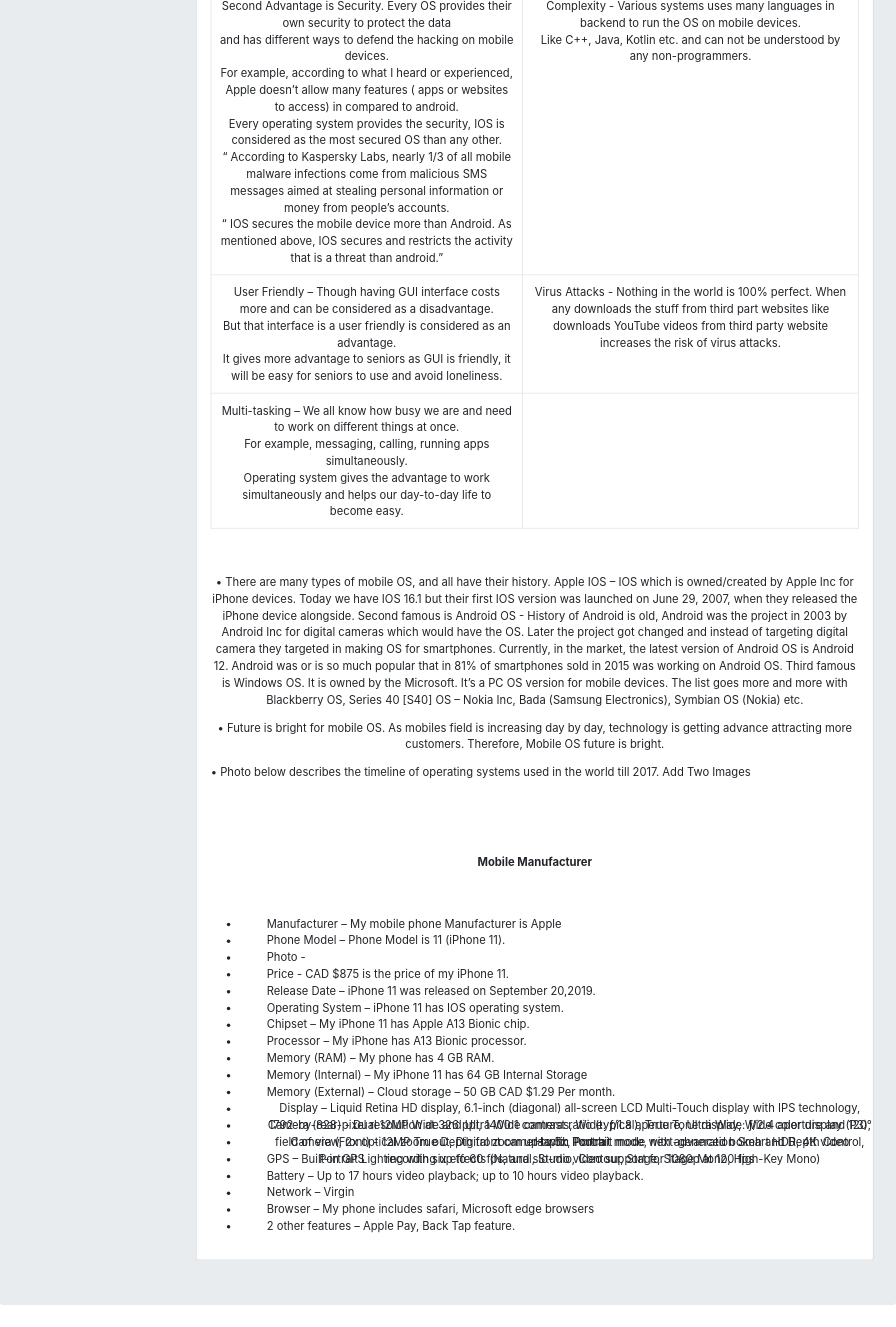
Repository: devanshudave1901/Mobile-Dev-Website
Page: labs.html
These files come from the project's save history. The page is drawn as it stood at one moment and after the next save; the edit follows.
The browser window is 1280 px wide. The pictures show the part of the page from y = 1213 to 3133 px (the page is 3109 px tall before and 3133 px after), at 70% of full size.
Some web libraries are served in a nearby version.

Above is the page before, as saved 2022-10-05 19:16:21.

### labs.html
<!DOCTYPE html>
<html lang="en">
  <head>
    <meta charset="UTF-8" />
    <meta http-equiv="X-UA-Compatible" content="IE=edge" />
    <meta name="viewport" content="width=device-width, initial-scale=1.0" />
    <link
      rel="stylesheet"
      href="https://cdn.jsdelivr.net/npm/bootstrap@4.0.0/dist/css/bootstrap.min.css"
      integrity="sha384-Gn5384xqQ1aoWXA+058RXPxPg6fy4IWvTNh0E263XmFcJlSAwiGgFAW/dAiS6JXm"
      crossorigin="anonymous"
    />
    <link
      href="https://maxcdn.bootstrapcdn.com/font-awesome/4.2.0/css/font-awesome.min.css"
      rel="stylesheet"
    />
    <link rel="stylesheet" href="./css/style.css" />

    <style>
      .navbar-nav {
        margin-left: auto;
        font-size: 23px;
      }
      .welcomeHeading {
        text-shadow: 2px 2px red;
        text-align: center;
      }
      .welcomeText {
        text-align: center;
        font-family: "Sofia", sans-serif;
      }
      .featurette-heading {
        font-weight: 300;
        line-height: 1;
        letter-spacing: -0.05rem;
        margin-top: 20%;
      }
      .profileIamge {
        width: 250px;

        left: 300px;
      }
      .mobileDevProfile {
        margin-top: 10%;
        left: 100px;
      }
      .main {
        display: flex;
        flex-wrap: nowrap;
        height: 100vh;
        height: -webkit-fill-available;
        max-height: 100vh;
        overflow-x: auto;
        overflow-y: hidden;
      }
      .sideBar {
        height: 870px;
      }
      li span{
        position: absolute;
         left: 100px;
      }
    </style>
    <script
      src="https://code.jquery.com/jquery-3.2.1.slim.min.js"
      integrity="sha384-KJ3o2DKtIkvYIK3UENzmM7KCkRr/rE9/Qpg6aAZGJwFDMVNA/GpGFF93hXpG5KkN"
      crossorigin="anonymous"
    ></script>
    <script
      src="https://cdn.jsdelivr.net/npm/popper.js@1.12.9/dist/umd/popper.min.js"
      integrity="sha384-ApNbgh9B+Y1QKtv3Rn7W3mgPxhU9K/ScQsAP7hUibX39j7fakFPskvXusvfa0b4Q"
      crossorigin="anonymous"
    ></script>
    <script
      src="https://cdn.jsdelivr.net/npm/bootstrap@4.0.0/dist/js/bootstrap.min.js"
      integrity="sha384-JZR6Spejh4U02d8jOt6vLEHfe/JQGiRRSQQxSfFWpi1MquVdAyjUar5+76PVCmYl"
      crossorigin="anonymous"
    ></script>
    <title>Mobile Development - Lab 2</title>
  </head>
  <body>
    <div id="navBar">
      <nav class="navbar sticky-top navbar-expand-lg navbar-dark bg-dark">
        <a class="navbar-brand" href="#">Devanshu Dave</a>

        <div class="collapse navbar-collapse" id="navbarNavDropdown">
          <ul class="navbar-nav" mr-auto>
            <li class="nav-item active">
              <a class="nav-link" href="./index.html"
                >Home <span class="sr-only">(current)</span></a
              >
            </li>
            <li class="nav-item">
              <a class="nav-link" href="./course.html">Course</a>
            </li>
          </ul>
        </div>
      </nav>
    </div>
    <div id="sideBar">
        <div
        class="d-flex flex-column flex-shrink-0 p-3 bg-light sideBar"
        style="width: 280px"
      >
        <a
          href="/"
          class="d-flex align-items-center mb-3 mb-md-0 me-md-auto link-dark text-decoration-none"
        >
          <svg class="bi me-2" width="40" height="32">
            <use xlink:href="#bootstrap" />
          </svg>
          <span class="fs-4">Home</span>
        </a>
        <hr />
        <ul class="nav nav-pills flex-column mb-auto">
          <li>
            <a href="index.html" class="nav-link link-dark">
              <svg class="bi me-2" width="16" height="16">
                <use xlink:href="#table" />
              </svg>
              Classwork
            </a>
          </li>
          <li class="nav-item">
            <a href="labs.html" class="nav-link" aria-current="page">
              <svg class="bi me-2" width="16" height="16">
                <use xlink:href="#home" />
              </svg>
              Labs
            </a>
          </li>
          <li>
            <a href="#" class="nav-link link-dark">
              <svg class="bi me-2" width="16" height="16">
                <use xlink:href="#speedometer2" />
              </svg>
              Project
            </a>
          </li>
        </ul>
        <hr />
      </div>
      <br />
      <br />
      <br />
    </div></div>
    <div id="mainBar">
        <div class="jumbotron">
            <h1>Labs Of Mobile Development 4201</h1>

            <div class="card text-center id="nav-tab" role="tablist"">
                <div class="card-header">
                  <ul class="nav nav-tabs card-header-tabs">
                    <li class="nav-item">
                      <a class="nav-item nav-link active" id="nav-home-tab" data-toggle="tab" href="#nav-home" role="tab" aria-controls="nav-home" aria-selected="true" >Lab 1</a>
                    </li>
                    <li class="nav-item">
                      <a  class="nav-item nav-link" id="nav-profile-tab" data-toggle="tab" href="#nav-profile" role="tab" aria-controls="nav-profile" aria-selected="false">Lab 2</a>
                    </li>

                  </ul>
                </div>
                <div class="tab-content" id="nav-tabContent">
                    <div class="card-body tab-pane fade show active" id="nav-home" role="tabpanel" aria-labelledby="nav-home-tab"">
                    <h5 class="card-title">Lab 1</h5>
                    <p class="card-text">
                        Name : Devanshu Dave <br/>
                        Course Code : MODE 4201<br/>
                        Student ID : 100785733<br/>
                        Title : Lab 1 – Individual work<br/>
                        Date – 21/09/2022<br/>

                    </p>
                    <br/>
                    <br/>
                    <p>
                    <b> Mobile Development – Mobile Operating System</b><br/><br/>

                        •	When we go to the shop for purchasing the mobile device, now a days most common question we hear is “Do you prefer android or IOS?”. Now the question arises, what is exactly android and IOS. What’s the point to ask?. Well, to answer this question we have to dig more into the dept. But in short, Android and IOS are the part of types from many in mobile Operating systems. <br/>They are the main part which can change the user experience to use Mobile device. Its also a path between software and hardware part of the mobile device. <br/><br/><br/>
                        •	Mobile Device is used in day-to-day life. From small things to big, mobiles have become the most important part of our life. To run the mobile device OS which is also known as Operating System is required. OS is very important part of the mobile device. Mostly Applications which run on the mobile is with the help of the OS present in the device. They are also known as communicator between software and hardware.<br/><br/>
                        •	 There are various types of OS. But the two famous OS are Android and IOS. Most of the manufacturing companies have their own OS. Android devices (many manufacturing companies) have android OS. For example, Apple mobile phones have their own IOS which helps to run the iPhone devices. Android OS is used in Android devices like Samsung, Oppo, Vivo, MI etc.<br/><br/>
                        •	 There are many advantages of Mobile Operating system. Along with that where there are advantages there are also disadvantages. <br/>

                    </p>
                    <table class="table table-bordered">
                        <thead>
                        <tr>

                            <th scope="col">Advantages</th>
                            <th scope="col">Disadvantages</th>

                        </tr>
                        </thead>
                        <tbody>
                        <tr>

                            <td>Operating System helps us to run the mobile devices.
                                Or with the help of OS, we can use Mobile device in an
                                easy way in day-to-day life</td>
                            <td>Costly. One of the disadvantage is that it is costly.
                                Though OS is an open source, but it costs the companies more.
                                According to the survey, it states that the specific OS is costing providers more to service.</td>
                        </tr>
                        <tr>
                            <td>Second Advantage is Security. Every OS provides their own security to protect the data  <br/>and has different ways to defend the hacking on mobile devices.
                                <br/> For example, according to what I heard or experienced,<br/> Apple doesn’t allow many features ( apps or websites to access) in compared to android.<br/>
                                Every operating system provides the security, IOS is considered as the most secured OS than any other.
                                <br/>   “ According to Kaspersky Labs, nearly 1/3 of all mobile malware infections come from malicious SMS messages aimed at stealing personal information or money from people’s accounts. <br/>“ IOS secures the mobile device more than Android.
                                As mentioned above, IOS secures and restricts the activity that is a threat than android.”</td>
                            <td>  Complexity -  Various systems uses many languages in backend to run the OS on mobile devices.
                                <br/>  Like C++, Java, Kotlin etc. and can not be understood by any non-programmers.</td>
                        </tr>
                        <tr>
                            <td>
                                User Friendly – Though having GUI interface costs more and can be
                                considered as a disadvantage. <br/>But that interface is a user friendly is considered as an advantage.
                                <br/> It gives more advantage to seniors as GUI is friendly, it will be
                                easy for seniors to use and avoid loneliness.
                            </td>
                            <td>
                                Virus Attacks -  Nothing in the world is 100% perfect.
                                When any downloads the stuff from third part websites like downloads YouTube
                                videos from third party website increases the risk of virus attacks.
                            </td>
                        </tr>
                        <tr>
                            <td>
                                Multi-tasking – We all know how busy we are and need to work on different things at once.
                                <br/>For example, messaging, calling, running apps simultaneously.
                                <br/>Operating system gives the advantage to work simultaneously and helps our day-to-day life to become easy.
                            </td>
                        </tr>
                        </tbody>
                    </table>
                    <br>
                    <br>

                    <p>
                        •	There are many types of mobile OS, and all have their history.  Apple IOS – IOS which is owned/created by Apple Inc for iPhone devices.
                        Today we have IOS 16.1 but their first IOS version was launched on June 29, 2007, when they released  the iPhone device alongside.
                        Second famous is Android  OS -  History of Android is old, Android was  the project in 2003 by Android Inc for digital cameras which would have the OS.
                        Later the project   got changed and instead of targeting digital camera they targeted in making OS for smartphones. Currently, in the market, the latest version of Android OS is Android 12.
                        Android was or is so much popular that in 81% of smartphones sold in 2015 was working on Android OS. Third famous is Windows OS. It is owned by the Microsoft. It’s a PC OS version for mobile devices.
                            The list goes more and more with Blackberry OS, Series 40 [S40] OS – Nokia Inc, Bada (Samsung Electronics), Symbian OS (Nokia) etc.
                    </p>
                    <p style="float: left;">
                        •	Future is bright for mobile OS. As mobiles field is increasing day by day,
                        technology is getting advance attracting more customers.
                        Therefore, Mobile OS future is bright.<br/>

                    </p>
                    <p style="float: left;">
                        •	Photo below describes the timeline of operating systems used in the world till 2017. Add Two Images
                    </p>
                    <br/>
                    <br/>
                    <br/>
                    <br/>
                    <br/>
                    <br/>
                    <br/>
                    <br/>


                    <b style="text-align: centre;">Mobile Manufacturer</b>
                    <br/>
                    <br/>
                    <br/>
                    <p >
                        <ul>

                            <li><span>Manufacturer – My mobile phone Manufacturer is Apple</span></li>
                                <li><span> Phone Model – Phone Model is 11 (iPhone 11).</span></li>
                                <li><span> Photo -<br/>  </span></li>
                                <li><span> Price -   CAD $875 is the price of my iPhone 11.</span></li>
                                <li><span> Release Date – iPhone 11 was released on September 20,2019.</span></li>
                                <li> <span>Operating System – iPhone 11 has IOS operating system.</span> </li>
                                <li> <span>Chipset – My iPhone 11 has Apple A13 Bionic chip.</span></li>
                                <li><span>Processor – My iPhone has  A13 Bionic processor.</span> </li>
                                <li><span> Memory (RAM) – My phone has 4 GB RAM.</span> </li>
                                <li><span>Memory (Internal) –  My iPhone 11 has 64 GB Internal Storage</span></li>
                                <li><span>Memory (External) – Cloud storage – 50 GB CAD $1.29 Per month.</span></li>
                                <li><span>Display –  Liquid Retina HD display, 6.1-inch (diagonal) all-screen LCD Multi-Touch display with IPS technology, 1792-by-828-pixel resolution at 326 ppi, 1400:1 contrast ratio (typical), True Tone display, Wide color display (P3), Haptic Touch</span></li>
                                <li><span>Camera (rear)  - Dual 12MP Wide and Ultra Wide cameras, Wide: ƒ/1.8 aperture, Ultra Wide: ƒ/2.4 aperture and 120° field of view, 2x optical zoom out, Digital zoom up to 5x, Portrait mode with advanced bokeh and Depth Control, Portrait Lighting with six effects (Natural, Studio, Contour, Stage, Stage Mono, High-Key Mono)</span></li>
                                <li><span>Camera (Front)  - 12MP True Depth front camera with Portrait mode, next-generation Smart HDR, 4K video recording up to 60 fps, and slo-mo video support for 1080p at 120 fps</span></li>
                                <li><span>GPS – Built-in GPS</span></li>
                                <li><span>Battery – Up to 17 hours video playback; up to 10 hours video playback.</span></li>
                                <li><span>Network – Virgin</span></li>
                                <li><span>Browser – My phone includes safari, Microsoft edge browsers </span></li>
                               <li><span>2 other features – Apple Pay, Back Tap feature.</span></li>


                        </ul>
                    </p>
              </div>
              <div class="tab-pane fade" id="nav-profile" role="tabpanel" aria-labelledby="nav-profile-tab">...</div>
             </div>
        </div>
    </div>
  </body>
</html>

### css/style.css
#sideBar {
  height: 570px;
  margin-top: 5px;
  float: left;
  /* text-align: center; */
}

#mainBar {
  text-align: center;
}

After the next save:
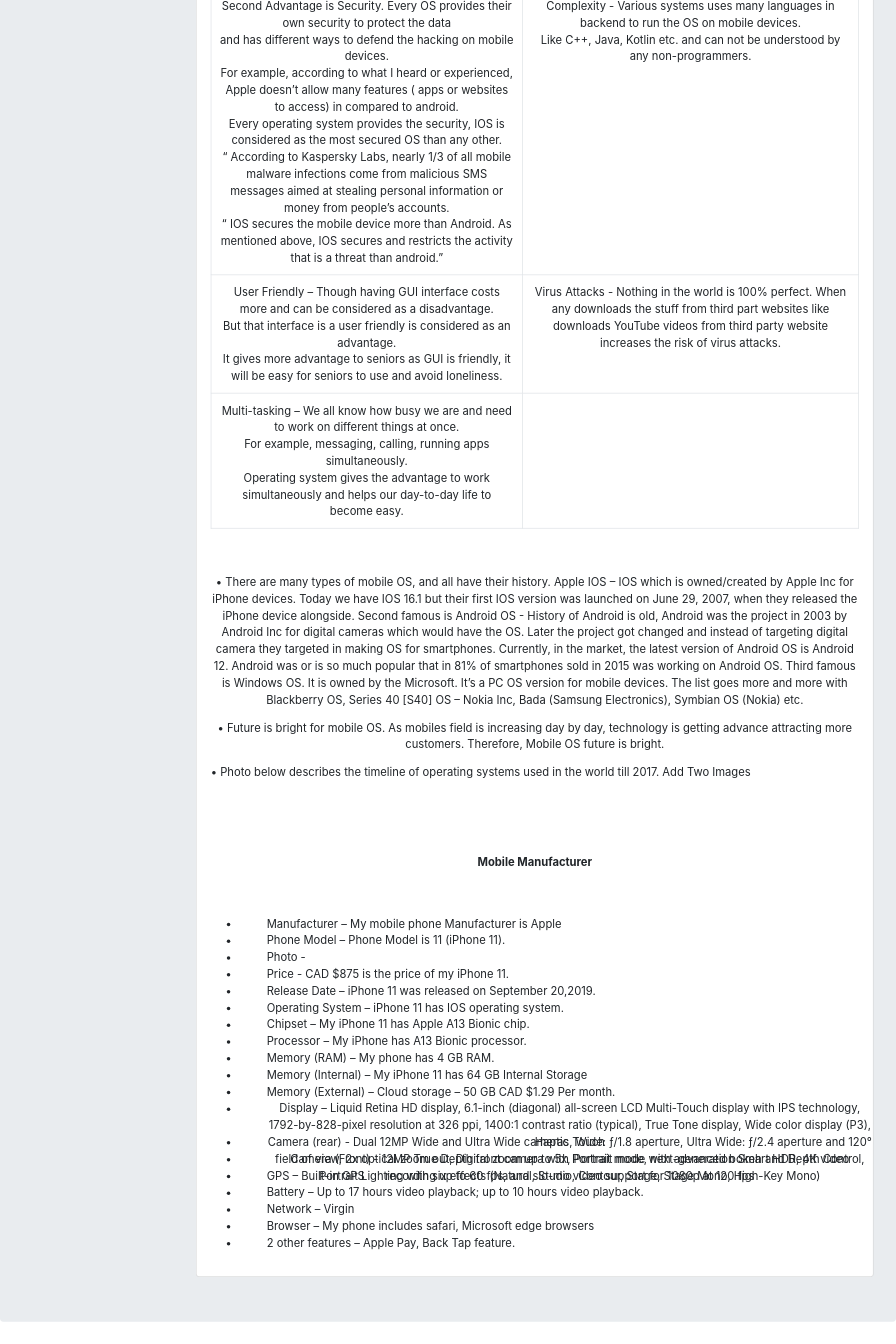
Saved 50 s later.
--- a/labs.html
+++ b/labs.html
@@ -280,7 +280,7 @@
                                 <li><span> Memory (RAM) – My phone has 4 GB RAM.</span> </li>
                                 <li><span>Memory (Internal) –  My iPhone 11 has 64 GB Internal Storage</span></li>
                                 <li><span>Memory (External) – Cloud storage – 50 GB CAD $1.29 Per month.</span></li>
-                                <li><span>Display –  Liquid Retina HD display, 6.1-inch (diagonal) all-screen LCD Multi-Touch display with IPS technology, 1792-by-828-pixel resolution at 326 ppi, 1400:1 contrast ratio (typical), True Tone display, Wide color display (P3), Haptic Touch</span></li>
+                                <li><span>Display –  Liquid Retina HD display, 6.1-inch (diagonal) all-screen LCD Multi-Touch display with IPS technology, 1792-by-828-pixel resolution at 326 ppi, 1400:1 contrast ratio (typical), True Tone display, Wide color display (P3), Haptic Touch</span></li><br/>
                                 <li><span>Camera (rear)  - Dual 12MP Wide and Ultra Wide cameras, Wide: ƒ/1.8 aperture, Ultra Wide: ƒ/2.4 aperture and 120° field of view, 2x optical zoom out, Digital zoom up to 5x, Portrait mode with advanced bokeh and Depth Control, Portrait Lighting with six effects (Natural, Studio, Contour, Stage, Stage Mono, High-Key Mono)</span></li>
                                 <li><span>Camera (Front)  - 12MP True Depth front camera with Portrait mode, next-generation Smart HDR, 4K video recording up to 60 fps, and slo-mo video support for 1080p at 120 fps</span></li>
                                 <li><span>GPS – Built-in GPS</span></li>

After the save that followed:
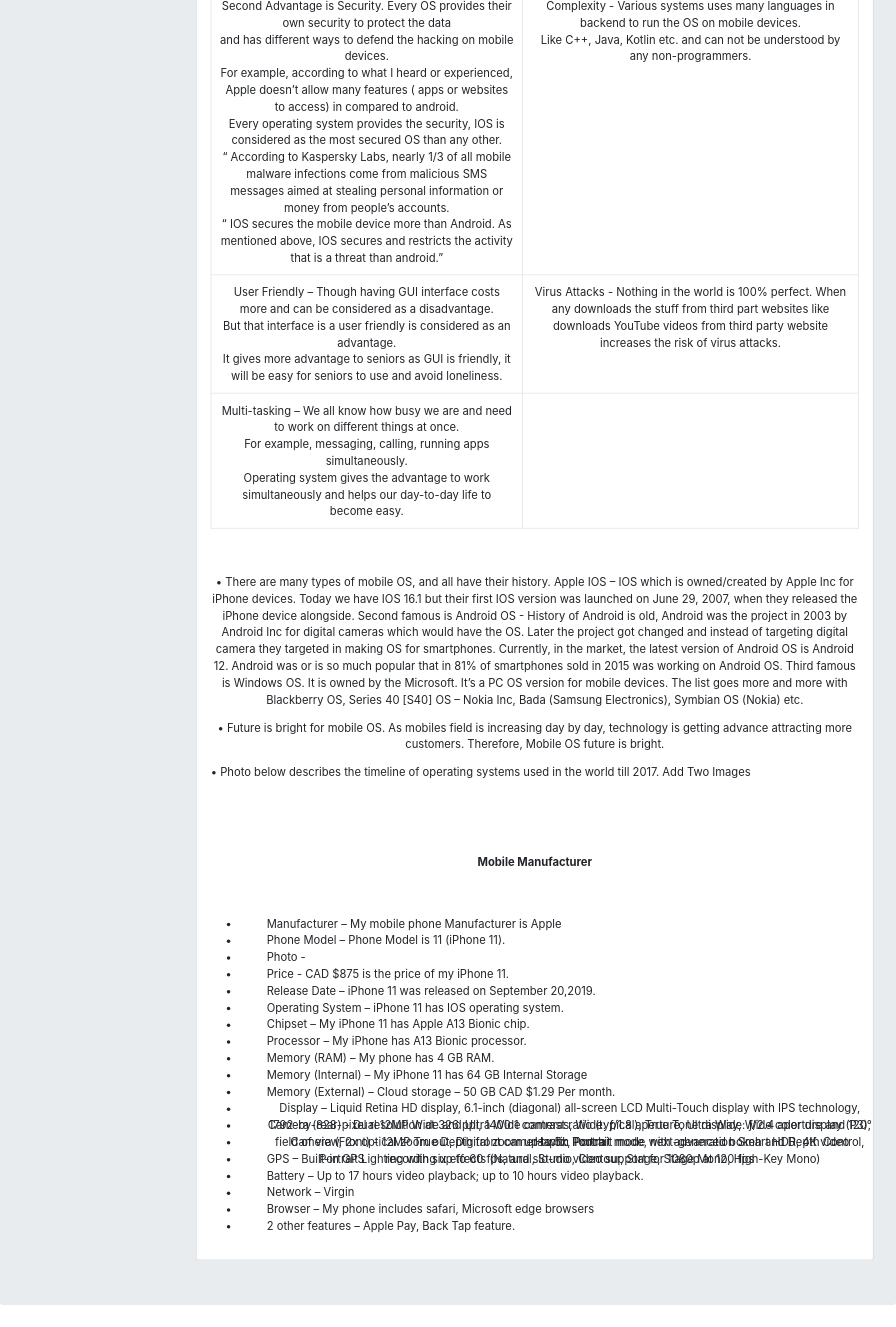
Saved 12 s later.
--- a/labs.html
+++ b/labs.html
@@ -280,7 +280,7 @@
                                 <li><span> Memory (RAM) – My phone has 4 GB RAM.</span> </li>
                                 <li><span>Memory (Internal) –  My iPhone 11 has 64 GB Internal Storage</span></li>
                                 <li><span>Memory (External) – Cloud storage – 50 GB CAD $1.29 Per month.</span></li>
-                                <li><span>Display –  Liquid Retina HD display, 6.1-inch (diagonal) all-screen LCD Multi-Touch display with IPS technology, 1792-by-828-pixel resolution at 326 ppi, 1400:1 contrast ratio (typical), True Tone display, Wide color display (P3), Haptic Touch</span></li><br/>
+                                <li><span>Display –  Liquid Retina HD display, 6.1-inch (diagonal) all-screen LCD Multi-Touch display with IPS technology, 1792-by-828-pixel resolution at 326 ppi, 1400:1 contrast ratio (typical), True Tone display, Wide color display (P3), Haptic Touch</span></li>
                                 <li><span>Camera (rear)  - Dual 12MP Wide and Ultra Wide cameras, Wide: ƒ/1.8 aperture, Ultra Wide: ƒ/2.4 aperture and 120° field of view, 2x optical zoom out, Digital zoom up to 5x, Portrait mode with advanced bokeh and Depth Control, Portrait Lighting with six effects (Natural, Studio, Contour, Stage, Stage Mono, High-Key Mono)</span></li>
                                 <li><span>Camera (Front)  - 12MP True Depth front camera with Portrait mode, next-generation Smart HDR, 4K video recording up to 60 fps, and slo-mo video support for 1080p at 120 fps</span></li>
                                 <li><span>GPS – Built-in GPS</span></li>
